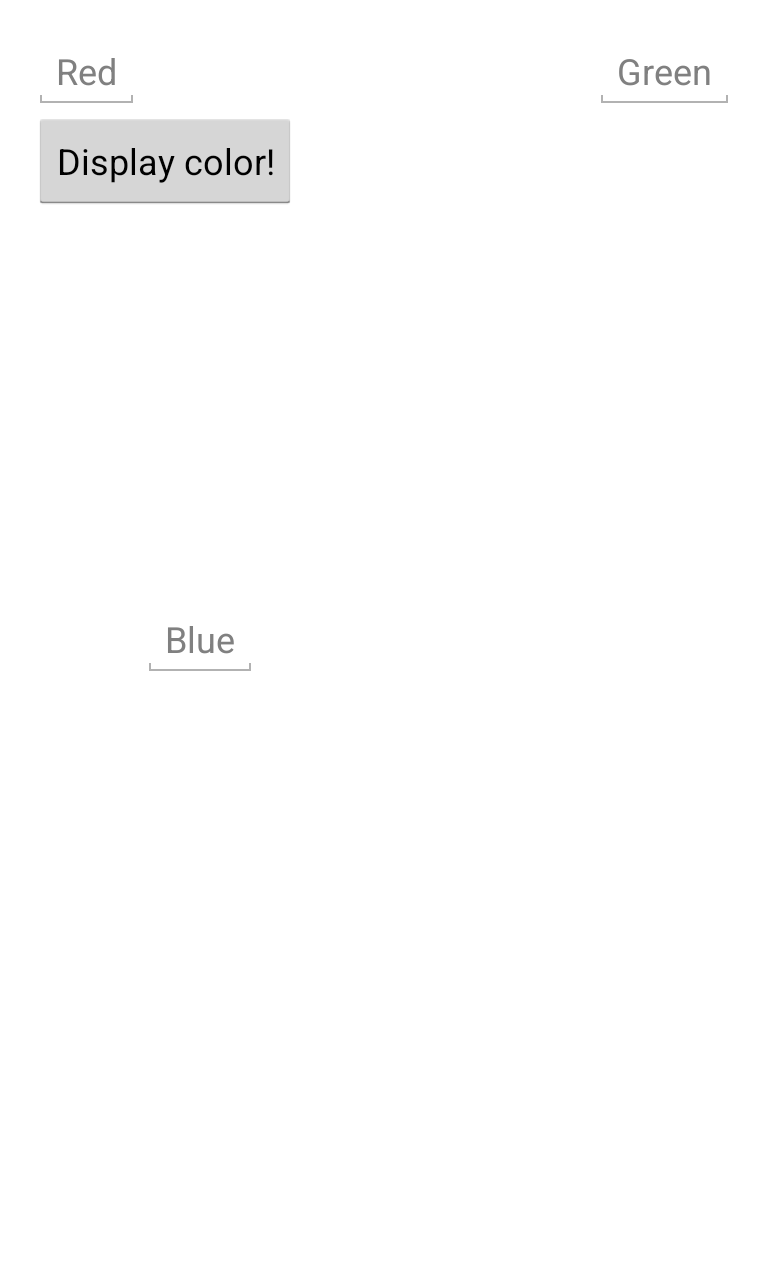
Repository: me222rs/AndroidLab1
Layout: ColorDisplay/res/layout/activity_color_display.xml
These files come from the project's save history. The layout is drawn as it stood at one moment and after the next save; the edit follows.
It is drawn on a 768 x 1280 px phone screen (xhdpi) without system bars, with theme AppTheme; the app's code is not run.

Above is the layout before, as saved 2014-11-18 08:16:18.

After the next save:
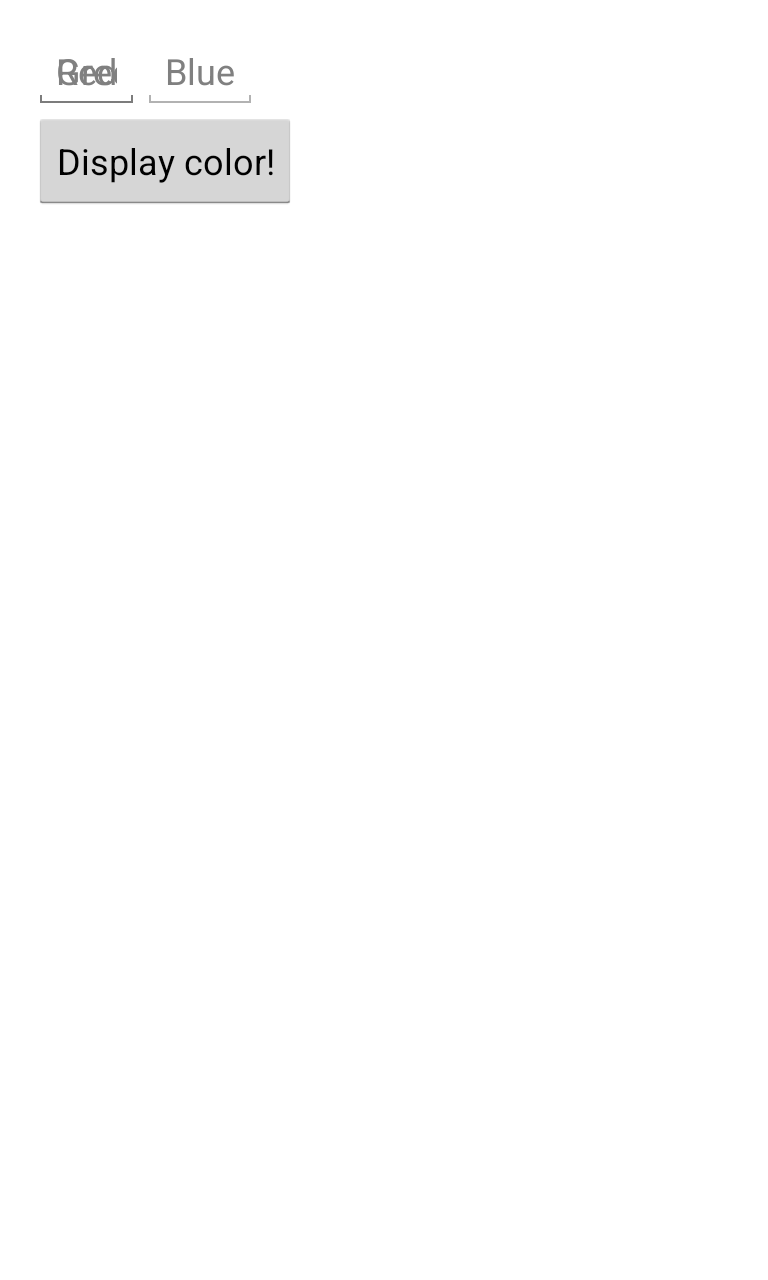
Saved 2 min 36 s later.
--- a/ColorDisplay/res/layout/activity_color_display.xml
+++ b/ColorDisplay/res/layout/activity_color_display.xml
@@ -27,7 +27,6 @@
         android:layout_toRightOf="@+id/red"
         android:inputType="number"
 		android:layout_width = "wrap_content"
-		android:layout_centerInParent="true"
 		android:layout_height="wrap_content"
 		android:hint="Blue"/>
 
@@ -35,7 +34,6 @@
         android:layout_toLeftOf="@+id/blue"
         android:inputType="number"
 		android:layout_width = "wrap_content"
-		android:layout_alignParentRight="true"
 		android:layout_height="wrap_content"
 		android:hint="Green"/>
 
